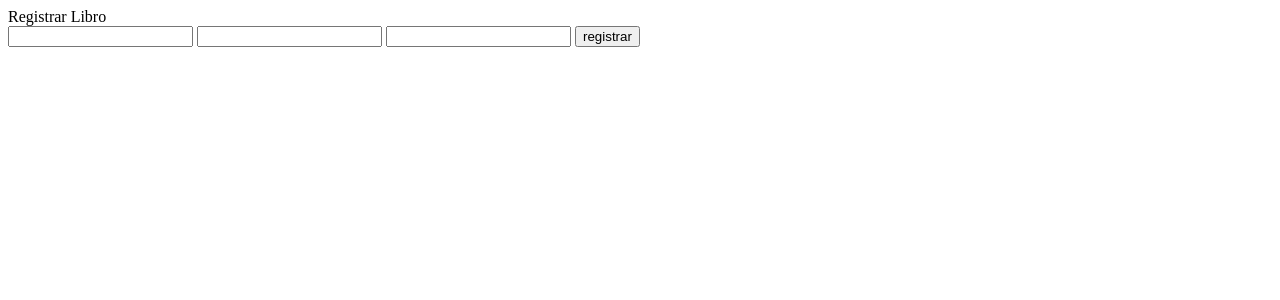
Repository: pedro160710/proyectosEclipse
Page: http://localhost/CrudRestWeb1/index.jsp
The author's editor kept a copy of each file at every save. The page is drawn from the files as they stood at one save, then again after the next save.
The browser window is 1280 px wide. The pictures show the whole page.
The page is served by Tomcat 9.

Above is the page before, as saved 2016-07-23 12:51:49.

After the next save:
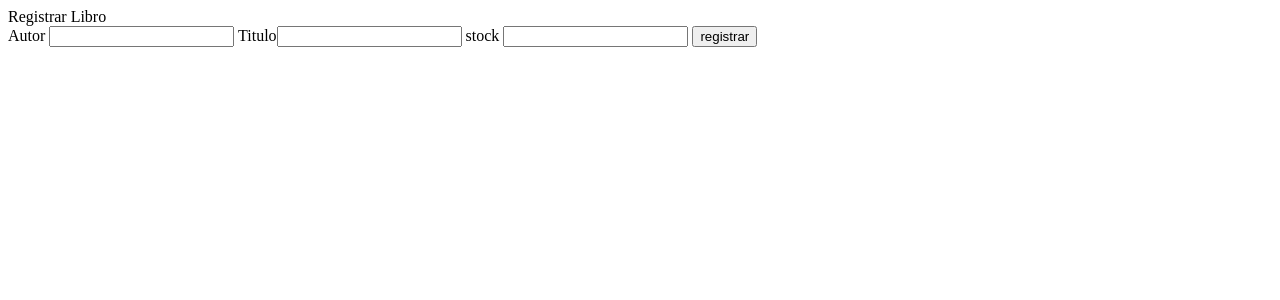
Saved 2 min 36 s later.
--- a/CrudRestWeb1/WebContent/index.jsp
+++ b/CrudRestWeb1/WebContent/index.jsp
@@ -12,9 +12,10 @@
 	<form method="post"
 		action="http://localhost:8080/CrudRestWeb1/rest/crudLibroRest/registrarLibro">
 
-		<input type="text" name="txtAutor">
-		 <input type="text" name="txtTitulo">
-		 <input type="text" name="txtStock">
+		<label for="name" >Autor <input id ="name" type="text" name="txtAutor"></label>
+
+		 <label >Titulo<input type="text" name="txtTitulo"></label>
+		 <label >stock <input type="text" name="txtStock"></label>
 		<input type="submit" name="enviar" value="registrar">
 
 	</form>
